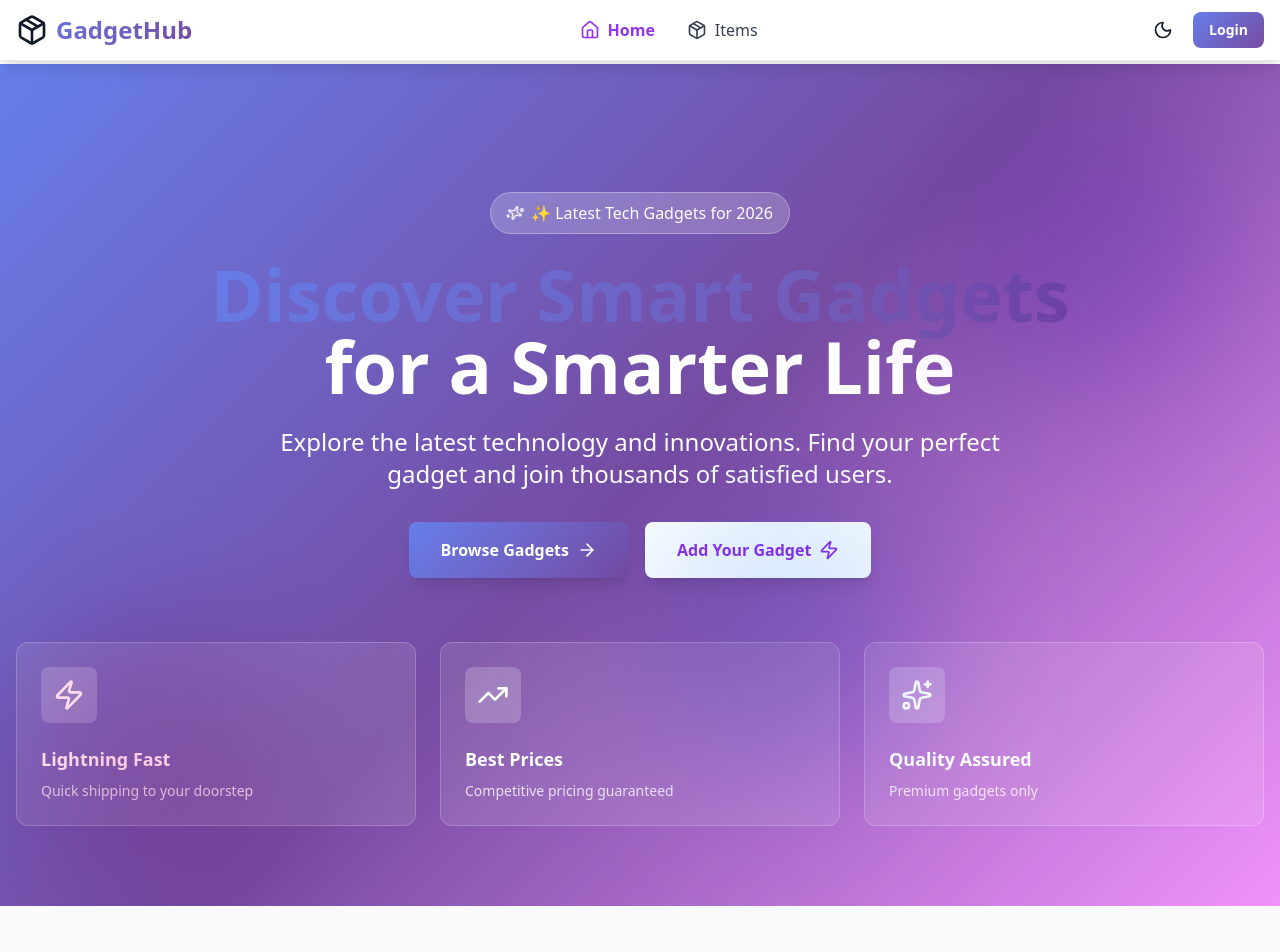
Repository: rajes124/Gadget-Next-js
Page: /
The author's editor kept a copy of each file at every save. The page is drawn from the files as they stood at one save, then again after the next save.
The browser window is 1280 px wide. The pictures show the part of the page from y = 0 to 952 px (the page is 4609 px tall before and 4633 px after).
The page's requests for data from a server got no answer. The project was rebuilt for these pictures with package versions that can differ from the ones it lists, and the page was loaded fresh each time. The framework's server and built-in components were replaced by stand-ins that run in the browser. No one was signed in, and anything a server would have sent is missing. Also part of the build but not shown: next.config.js.

Above is the page before, as saved 2026-01-18 13:02:57.

### app/layout.tsx
import type { Metadata } from "next";
import Navbar from "@/components/Navbar";
import Footer from "@/components/Footer";
import Providers from "@/components/Providers";
import PageTransition from "@/components/PageTransition";
import "./globals.css";

export const metadata: Metadata = {
  title: "GadgetHub - Discover Smart Gadgets",
  description: "Explore the latest technology and innovations. Find your perfect gadget today.",
};

export default function RootLayout({
  children,
}: {
  children: React.ReactNode;
}) {
  return (
    <html lang="en" suppressHydrationWarning>
      <body className="bg-white dark:bg-slate-950 text-gray-900 dark:text-gray-100">
        <Providers>
          <Navbar />
          <main className="min-h-screen pt-16">
            <PageTransition>
              {children}
            </PageTransition>
          </main>
          <Footer />
        </Providers>
      </body>
    </html>
  );
}

### app/page.tsx
import HeroSection from "@/components/sections/HeroSection";
import CategoriesSection from "@/components/sections/CategoriesSection";
import FeaturedSection from "@/components/sections/FeaturedSection";
import WhyChooseSection from "@/components/sections/WhyChooseSection";
import HowItWorksSection from "@/components/sections/HowItWorksSection";
import TestimonialsSection from "@/components/sections/TestimonialsSection";
import CTASection from "@/components/sections/CTASection";

export default function Home() {
  return (
    <>
      <HeroSection />
      <CategoriesSection />
      <FeaturedSection />
      <WhyChooseSection />
      <HowItWorksSection />
      <TestimonialsSection />
      <CTASection />
    </>
  );
}

### components/Providers.tsx
'use client';

import { Toaster } from 'react-hot-toast';
import { ThemeProvider } from 'next-themes';

export default function Providers({ children }: { children: React.ReactNode }) {
  return (
    <ThemeProvider attribute="class" defaultTheme="light" enableSystem>
      {children}
      <Toaster position="top-right" />
    </ThemeProvider>
  );
}

### components/PageTransition.tsx
'use client';

import { useEffect, useState } from 'react';
import { usePathname } from 'next/navigation';

export default function PageTransition({ children }: { children: React.ReactNode }) {
  const pathname = usePathname();
  const [isTransitioning, setIsTransitioning] = useState(false);

  useEffect(() => {
    setIsTransitioning(true);
    const timer = setTimeout(() => {
      setIsTransitioning(false);
    }, 300);

    return () => clearTimeout(timer);
  }, [pathname]);

  return (
    <>
      {/* Loading Bar on Page Transition */}
      {isTransitioning && (
        <div className="fixed top-0 left-0 right-0 h-1 bg-gradient-to-r from-purple-500 via-pink-500 to-purple-500 z-50 animate-pulse">
          <div className="h-full w-full bg-gradient-to-r from-purple-500 via-pink-500 to-purple-500 animate-pulse"></div>
        </div>
      )}

      {/* Page Content with Fade Animation */}
      <div
        className={`transition-opacity duration-300 ${
          isTransitioning ? 'opacity-75' : 'opacity-100'
        }`}
      >
        {children}
      </div>
    </>
  );
}

### components/sections/HeroSection.tsx
'use client';

import Link from 'next/link';
import { ArrowRight, Zap, TrendingUp, Sparkles } from 'lucide-react';

export default function HeroSection() {
  return (
    <section className="pt-32 pb-20 px-4 gradient-bg text-white overflow-hidden relative">
      <div className="max-w-7xl mx-auto">
        <div className="text-center mb-12 animate-fade-in">
          <div className="inline-block mb-6 px-4 py-2 bg-white bg-opacity-20 rounded-full backdrop-blur-sm border border-white border-opacity-30 group hover:bg-opacity-30 transition-all duration-300 cursor-pointer transform hover:scale-105">
            <span className="flex items-center gap-2 text-sm md:text-base group-hover:animate-pulse">
              <Sparkles className="w-4 h-4 animate-spin" />
              <span>✨ Latest Tech Gadgets for 2026</span>
            </span>
          </div>

          <h1 className="text-5xl md:text-7xl font-bold mb-6 leading-tight animate-slide-in-down">
            <span className="gradient-text">Discover Smart Gadgets</span>
            <br />
            <span className="text-white">for a Smarter Life</span>
          </h1>

          <p className="text-lg md:text-2xl mb-8 opacity-90 animate-slide-in-up max-w-3xl mx-auto">
            Explore the latest technology and innovations. Find your perfect gadget and join thousands of satisfied users.
          </p>

          <div className="flex flex-col md:flex-row gap-4 justify-center animate-fade-in" style={{ animationDelay: '0.3s' }}>
            <Link
              href="/items"
              className="gradient-btn text-white px-8 py-4 rounded-lg font-semibold hover:scale-110 transition-all duration-300 flex items-center justify-center gap-2 shadow-lg hover:shadow-2xl transform hover:-translate-y-1"
            >
              <span>Browse Gadgets</span>
              <ArrowRight className="w-5 h-5 group-hover:translate-x-1 transition-transform" />
            </Link>
            <Link
              href="/login"
              className="bg-white text-purple-600 px-8 py-4 rounded-lg font-semibold hover:scale-110 transition-all duration-300 flex items-center justify-center gap-2 shadow-lg hover:shadow-2xl transform hover:-translate-y-1 hover:bg-gray-100"
            >
              <span>Add Your Gadget</span>
              <Zap className="w-5 h-5" />
            </Link>
          </div>
        </div>

        {/* Feature Cards with Enhanced Animations */}
        <div className="grid md:grid-cols-3 gap-6 mt-16 animate-fade-in" style={{ animationDelay: '0.6s' }}>
          {[
            { icon: Zap, title: 'Lightning Fast', desc: 'Quick shipping to your doorstep' },
            { icon: TrendingUp, title: 'Best Prices', desc: 'Competitive pricing guaranteed' },
            { icon: Sparkles, title: 'Quality Assured', desc: 'Premium gadgets only' },
          ].map((feature, idx) => {
            const IconComp = feature.icon;
            return (
              <div
                key={idx}
                className="bg-white bg-opacity-10 backdrop-blur-md rounded-xl p-6 border border-white border-opacity-20 hover:bg-opacity-20 transition-all duration-300 transform hover:scale-110 hover:-translate-y-2 cursor-pointer group animate-slide-in-up"
                style={{ animationDelay: `${0.7 + idx * 0.1}s` }}
              >
                <div className="mb-4 inline-block p-3 bg-white bg-opacity-20 rounded-lg group-hover:bg-opacity-40 transition-all duration-300 transform group-hover:scale-125">
                  <IconComp className="w-8 h-8 group-hover:rotate-12 transition-transform duration-300" />
                </div>
                <h3 className="text-lg font-semibold mb-2 group-hover:text-yellow-200 transition-colors duration-300">{feature.title}</h3>
                <p className="opacity-80 text-sm group-hover:opacity-100 transition-opacity duration-300">{feature.desc}</p>
              </div>
            );
          })}
        </div>
      </div>

      {/* Enhanced Decorative Elements */}
      <div className="absolute top-10 right-10 w-72 h-72 bg-purple-400 rounded-full mix-blend-multiply filter blur-3xl opacity-20 animate-pulse"></div>
      <div className="absolute bottom-0 left-0 w-72 h-72 bg-pink-400 rounded-full mix-blend-multiply filter blur-3xl opacity-20 animate-pulse" style={{ animationDelay: '2s' }}></div>
      <div className="absolute top-1/2 left-1/2 w-72 h-72 bg-blue-400 rounded-full mix-blend-multiply filter blur-3xl opacity-10 animate-pulse" style={{ animationDelay: '1s' }}></div>
    </section>
  );
}

### components/sections/WhyChooseSection.tsx
'use client';

import { Lock, CheckCircle, Zap, Palette } from 'lucide-react';

export default function WhyChooseSection() {
  const reasons = [
    { icon: Lock, title: 'Secure Login', description: 'Protected user authentication', color: 'text-blue-600 dark:text-blue-400' },
    { icon: CheckCircle, title: 'Verified Products', description: 'Quality guaranteed gadgets', color: 'text-green-600 dark:text-green-400' },
    { icon: Zap, title: 'Fast Delivery', description: 'Quick and reliable shipping', color: 'text-yellow-600 dark:text-yellow-400' },
    { icon: Palette, title: 'Modern UI', description: 'Beautiful, responsive design', color: 'text-purple-600 dark:text-purple-400' },
  ];

  return (
    <section className="py-20 px-4 bg-gray-50 dark:bg-slate-800">
      <div className="max-w-7xl mx-auto">
        <div className="text-center mb-16 animate-fade-in">
          <h2 className="text-4xl font-bold mb-4 gradient-text">Why Choose GadgetHub?</h2>
          <p className="text-gray-600 dark:text-gray-400 text-lg">Everything you need for the best experience</p>
        </div>
        <div className="grid md:grid-cols-4 gap-6">
          {reasons.map((reason, idx) => {
            const IconComp = reason.icon;
            return (
              <div
                key={reason.title}
                className="text-center p-6 bg-white dark:bg-slate-700 rounded-xl shadow-md hover:shadow-xl transition-all duration-300 transform hover:scale-105 animate-slide-in-up"
                style={{ animationDelay: `${idx * 0.1}s` }}
              >
                <div className={`w-16 h-16 rounded-full bg-gray-100 dark:bg-gray-600 flex items-center justify-center mx-auto mb-4 ${reason.color}`}>
                  <IconComp className="w-8 h-8" />
                </div>
                <h3 className="text-xl font-bold text-gray-800 dark:text-white mb-2">{reason.title}</h3>
                <p className="text-gray-600 dark:text-gray-400 text-sm">{reason.description}</p>
              </div>
            );
          })}
        </div>
      </div>
    </section>
  );
}

### components/sections/HowItWorksSection.tsx
'use client';

import { LogIn, Package, Eye, Plus, ArrowRight } from 'lucide-react';

export default function HowItWorksSection() {
  const steps = [
    { number: 1, icon: LogIn, title: 'Login', description: 'Create your account or sign in' },
    { number: 2, icon: Package, title: 'Browse Items', description: 'Explore our gadget collection' },
    { number: 3, icon: Eye, title: 'View Details', description: 'Check product specifications' },
    { number: 4, icon: Plus, title: 'Add New Gadget', description: 'Contribute to our catalog' },
  ];

  return (
    <section className="py-20 px-4 bg-white dark:bg-slate-900 relative overflow-hidden">
      <div className="max-w-7xl mx-auto">
        <div className="text-center mb-16 animate-fade-in">
          <h2 className="text-4xl font-bold mb-4 gradient-text">How It Works</h2>
          <p className="text-gray-600 dark:text-gray-400 text-lg">Simple steps to get started</p>
        </div>
        <div className="grid md:grid-cols-4 gap-8">
          {steps.map((step, idx) => {
            const IconComp = step.icon;
            return (
              <div key={step.number} className="relative text-center group animate-slide-in-up" style={{ animationDelay: `${idx * 0.1}s` }}>
                <div className="flex justify-center mb-6">
                  <div className="gradient-bg w-20 h-20 rounded-full flex items-center justify-center text-white shadow-lg group-hover:shadow-2xl transition-all group-hover:scale-110 duration-300">
                    <IconComp className="w-10 h-10" />
                  </div>
                </div>
                <h3 className="text-xl font-bold text-gray-800 dark:text-white mb-2">{step.title}</h3>
                <p className="text-gray-600 dark:text-gray-400 text-sm">{step.description}</p>

                {/* Connecting Arrow */}
                {step.number < 4 && (
                  <div className="hidden md:flex absolute top-10 -right-4 items-center justify-center">
                    <ArrowRight className="w-6 h-6 text-purple-500" />
                  </div>
                )}
              </div>
            );
          })}
        </div>
      </div>

      {/* Decorative elements */}
      <div className="absolute top-0 right-0 w-96 h-96 bg-purple-200 dark:bg-purple-900 rounded-full mix-blend-multiply filter blur-3xl opacity-10 animate-pulse"></div>
    </section>
  );
}

### components/sections/TestimonialsSection.tsx
'use client';

import { Star, User } from 'lucide-react';

export default function TestimonialsSection() {
  const testimonials = [
    {
      name: 'Sarah Johnson',
      role: 'Tech Enthusiast',
      initials: 'SJ',
      color: 'from-pink-500 to-purple-500',
      text: 'Best platform to discover the latest gadgets. Love the modern interface!',
      rating: 5,
    },
    {
      name: 'Mike Chen',
      role: 'Developer',
      initials: 'MC',
      color: 'from-blue-500 to-cyan-500',
      text: 'GadgetHub makes it easy to find and compare products. Highly recommended!',
      rating: 5,
    },
    {
      name: 'Emily Davis',
      role: 'Designer',
      initials: 'ED',
      color: 'from-green-500 to-emerald-500',
      text: 'Beautiful UI and smooth experience. My go to for tech shopping!',
      rating: 5,
    },
  ];

  return (
    <section className="py-20 px-4 bg-gray-50 dark:bg-slate-800">
      <div className="max-w-7xl mx-auto">
        <div className="text-center mb-16 animate-fade-in">
          <h2 className="text-4xl font-bold mb-4 gradient-text">What Our Users Say</h2>
          <p className="text-gray-600 dark:text-gray-400 text-lg">Real experiences from our community</p>
        </div>
        <div className="grid md:grid-cols-3 gap-8">
          {testimonials.map((testimonial, idx) => (
            <div
              key={testimonial.name}
              className="glass-effect p-8 rounded-2xl hover:shadow-2xl transition-all duration-300 transform hover:scale-105 animate-slide-in-up"
              style={{ animationDelay: `${idx * 0.1}s` }}
            >
              <div className="flex gap-1 mb-4">
                {[...Array(testimonial.rating)].map((_, i) => (
                  <Star key={i} className="w-5 h-5 text-yellow-400 fill-yellow-400" />
                ))}
              </div>
              <p className="text-gray-700 dark:text-gray-300 mb-6 italic leading-relaxed">\"{testimonial.text}\"</p>
              <div className="flex items-center gap-4">
                <div className={`w-12 h-12 rounded-full bg-gradient-to-r ${testimonial.color} flex items-center justify-center text-white font-bold text-sm`}>
                  {testimonial.initials}
                </div>
                <div>
                  <h4 className="font-bold text-gray-800 dark:text-white">{testimonial.name}</h4>
                  <p className="text-sm text-gray-600 dark:text-gray-400">{testimonial.role}</p>
                </div>
              </div>
            </div>
          ))}
        </div>
      </div>
    </section>
  );
}

### components/sections/CTASection.tsx
'use client';

import Link from 'next/link';
import { ArrowRight, Zap, Package } from 'lucide-react';

export default function CTASection() {
  return (
    <section className="gradient-bg py-20 px-4 text-white relative overflow-hidden">
      <div className="max-w-4xl mx-auto text-center">
        <div className="inline-block mb-6 px-4 py-2 bg-white bg-opacity-20 rounded-full backdrop-blur-sm animate-fade-in">
          <span className="flex items-center gap-2 text-sm md:text-base">
            <Zap className="w-4 h-4" />
            <span>Limited Time Offer</span>
          </span>
        </div>
        <h2 className="text-4xl md:text-5xl font-bold mb-6 leading-tight animate-slide-in-down">
          Ready to Explore the Future of Tech?
        </h2>
        <p className="text-lg md:text-xl mb-8 opacity-90 max-w-2xl mx-auto animate-slide-in-up">
          Join thousands of tech enthusiasts discovering the latest gadgets every day.
        </p>
        <div className="flex flex-col md:flex-row gap-4 justify-center animate-fade-in" style={{ animationDelay: '0.3s' }}>
          <Link href="/login" className="bg-white text-purple-600 px-8 py-4 rounded-lg font-bold text-lg hover:scale-105 transition-transform duration-300 flex items-center justify-center gap-2 shadow-lg">
            <span>Get Started</span>
            <ArrowRight className="w-5 h-5" />
          </Link>
          <Link href="/items" className="border-2 border-white text-white px-8 py-4 rounded-lg font-bold text-lg hover:bg-white hover:bg-opacity-10 transition-all duration-300 flex items-center justify-center gap-2">
            <Package className="w-5 h-5" />
            <span>View Items</span>
          </Link>
        </div>
      </div>

      {/* Decorative Elements */}
      <div className="absolute top-0 left-0 w-96 h-96 bg-white rounded-full mix-blend-multiply filter blur-3xl opacity-10 animate-pulse"></div>
      <div className="absolute bottom-0 right-0 w-96 h-96 bg-purple-200 rounded-full mix-blend-multiply filter blur-3xl opacity-10 animate-pulse" style={{ animationDelay: '2s' }}></div>
    </section>
  );
}

### lib/auth.ts
import { signOut, signInWithEmailAndPassword, createUserWithEmailAndPassword, signInWithPopup, GoogleAuthProvider } from 'firebase/auth';
import { auth } from './firebase';
import { setAuthCookie, removeAuthCookie, setUserCookie, getUserCookie } from './cookies';

export const signIn = async (email: string, password: string) => {
  try {
    const result = await signInWithEmailAndPassword(auth, email, password);
    const token = await result.user.getIdToken();

    setAuthCookie(token);
    setUserCookie({
      uid: result.user.uid,
      email: result.user.email,
      displayName: result.user.displayName,
    });

    return result.user;
  } catch (error: any) {
    throw error;
  }
};

export const signUp = async (email: string, password: string, displayName?: string) => {
  try {
    const result = await createUserWithEmailAndPassword(auth, email, password);
    const token = await result.user.getIdToken();

    setAuthCookie(token);
    setUserCookie({
      uid: result.user.uid,
      email: result.user.email,
      displayName: displayName || email.split('@')[0],
    });

    return result.user;
  } catch (error: any) {
    throw error;
  }
};

export const logout = async () => {
  try {
    await signOut(auth);
    removeAuthCookie();
  } catch (error) {
    console.error('Logout error:', error);
  }
};

export const signInWithGoogle = async () => {
  try {
    const googleProvider = new GoogleAuthProvider();
    const result = await signInWithPopup(auth, googleProvider);
    const token = await result.user.getIdToken();

    const userData = {
      uid: result.user.uid,
      email: result.user.email,
      displayName: result.user.displayName,
      photoURL: result.user.photoURL,
    };

    setAuthCookie(token);
    setUserCookie(userData);

    // Save user to backend
    try {
      const response = await fetch('http://localhost:5000/api/auth/google', {
        method: 'POST',
        headers: {
          'Content-Type': 'application/json',
        },
        body: JSON.stringify({
          email: result.user.email,
          displayName: result.user.displayName,
          googleId: result.user.uid,
          photoURL: result.user.photoURL,
        }),
      });

      if (response.ok) {
        const data = await response.json();
        console.log('User saved to backend:', data);
      }
    } catch (backendError) {
      console.warn('Could not save to backend:', backendError);
      // Continue even if backend fails - user is still authenticated with Firebase
    }

    return result.user;
  } catch (error: any) {
    throw error;
  }
};

export const getCurrentUser = () => {
  return getUserCookie();
};

### lib/firebase.ts
import { initializeApp } from "firebase/app";
import { getAuth } from "firebase/auth";
import { getFirestore } from "firebase/firestore";

const firebaseConfig = {
  apiKey: "AIzaSyDvBJhLa10oqdlcbmkKFgUltEKyrTwjIMk",
  authDomain: "techgad-get.firebaseapp.com",
  projectId: "techgad-get",
  storageBucket: "techgad-get.firebasestorage.app",
  messagingSenderId: "129611510027",
  appId: "1:129611510027:web:4d41bc17581bfff22e320e",
  measurementId: "G-ZS9JZGP2KL"
};

const app = initializeApp(firebaseConfig);
export const auth = getAuth(app);
export const db = getFirestore(app);

export default app;

### lib/cookies.ts
import Cookies from 'js-cookie';

export const setAuthCookie = (token: string) => {
  Cookies.set('auth_token', token, {
    expires: 7,
    secure: process.env.NODE_ENV === 'production',
    sameSite: 'strict',
  });
};

export const getAuthCookie = () => {
  return Cookies.get('auth_token');
};

export const removeAuthCookie = () => {
  Cookies.remove('auth_token');
};

export const setUserCookie = (user: any) => {
  Cookies.set('user', JSON.stringify(user), {
    expires: 7,
    secure: process.env.NODE_ENV === 'production',
    sameSite: 'strict',
  });
};

export const getUserCookie = () => {
  const user = Cookies.get('user');
  return user ? JSON.parse(user) : null;
};

### tailwind.config.ts
import type { Config } from 'tailwindcss';

const config: Config = {
  content: [
    './app/**/*.{js,ts,jsx,tsx,mdx}',
    './components/**/*.{js,ts,jsx,tsx,mdx}',
  ],
  theme: {
    extend: {
      colors: {
        primary: '#667eea',
        secondary: '#764ba2',
      },
    },
  },
  darkMode: 'class',
  plugins: [],
};
export default config;

Loaded but not shown: components/Navbar.tsx (208 lines, source omitted); components/Footer.tsx (128 lines, source omitted); components/sections/FeaturedSection.tsx (116 lines, source omitted); app/globals.css (178 lines, source omitted); components/sections/CategoriesSection.tsx (71 lines, source omitted)

After the next save:
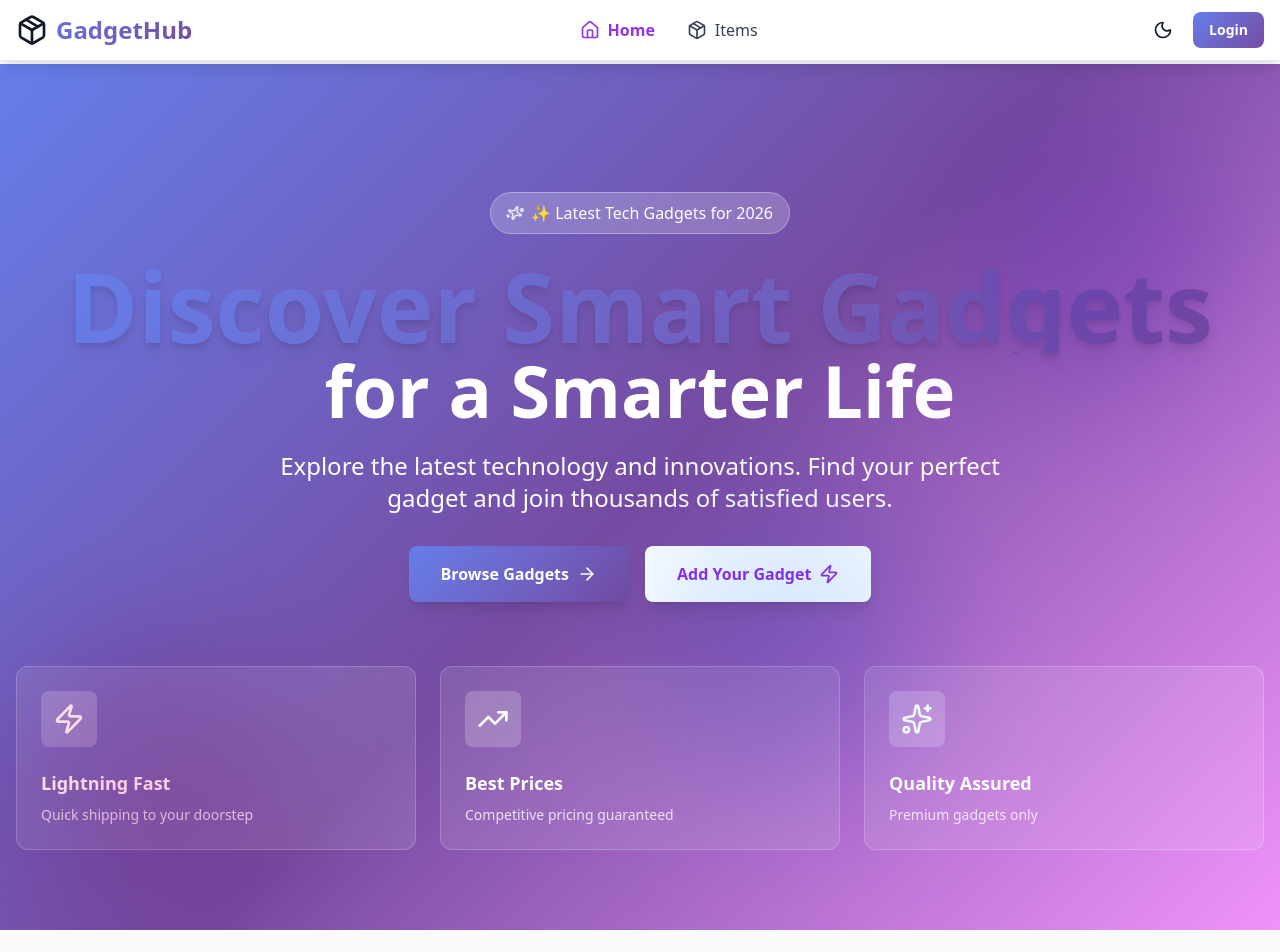
Saved 16 s later.
--- a/components/sections/HeroSection.tsx
+++ b/components/sections/HeroSection.tsx
@@ -16,9 +16,9 @@
           </div>
 
           <h1 className="text-5xl md:text-7xl font-bold mb-6 leading-tight animate-slide-in-down">
-            <span className="gradient-text">Discover Smart Gadgets</span>
+            <span className="inline-block gradient-text text-6xl md:text-8xl font-black drop-shadow-lg">Discover Smart Gadgets</span>
             <br />
-            <span className="text-white">for a Smarter Life</span>
+            <span className="text-white text-5xl md:text-7xl">for a Smarter Life</span>
           </h1>
 
           <p className="text-lg md:text-2xl mb-8 opacity-90 animate-slide-in-up max-w-3xl mx-auto">
